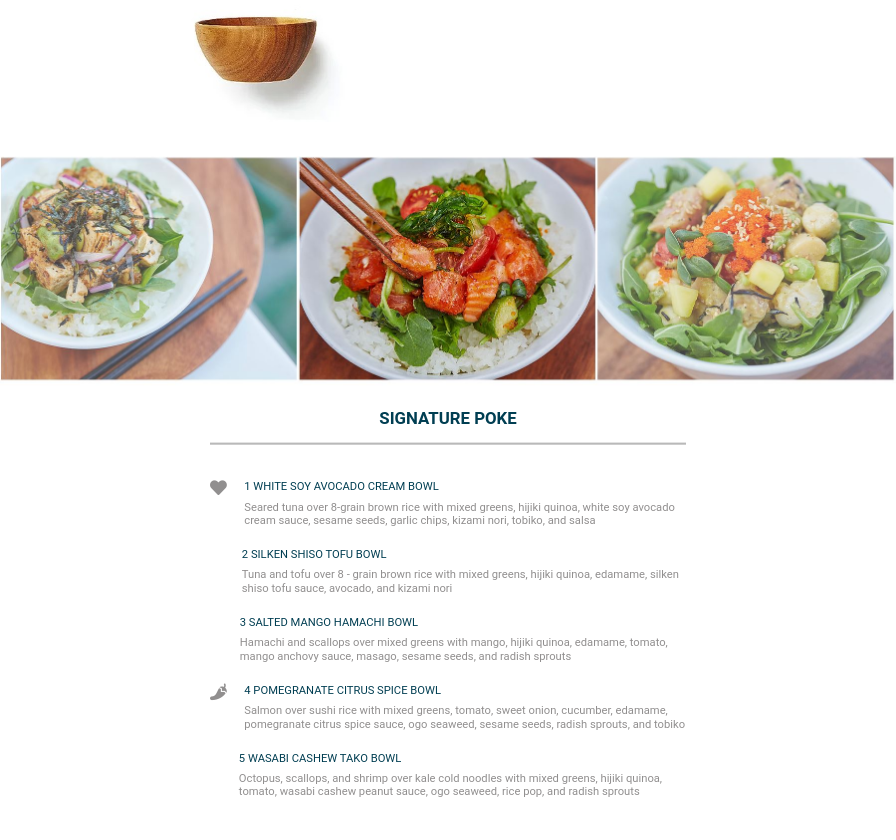
Repository: ypiard85/kome-waza
Page: index.html
These files come from the project's save history. The page is drawn as it stood at one moment and after the next save; the edit follows.
The browser window is 1280 px wide. The pictures show the part of the page from y = 1466 to 3386 px (the page is 2666 px tall before and 3386 px after), at 70% of full size.

Above is the page before, as saved 2021-02-23 12:11:51.

### index.html
<!DOCTYPE html>
<html lang="en">
  <head>
    <meta charset="UTF-8" />
    <meta http-equiv="X-UA-Compatible" content="IE=edge" />
    <meta name="viewport" content="width=device-width, initial-scale=1.0" />
    <link rel="stylesheet" href="./style.css" />
    <link
      rel="stylesheet"
      href="https://use.fontawesome.com/releases/v5.15.2/css/all.css"
      integrity="sha384-vSIIfh2YWi9wW0r9iZe7RJPrKwp6bG+s9QZMoITbCckVJqGCCRhc+ccxNcdpHuYu"
      crossorigin="anonymous"
    />
    <title>Kome Waza</title>
  </head>

  <body>
    <div class="wrapper">
      <header role="header" class="header">
        <nav role="navbar" class="nav">
          <div class="nav_logo">
            <a href="#">
              <img src="./image/logo-kome-waza.jpg" alt="" />
            </a>
          </div>
          <ul class="nav_link">
            <li><a href="">Home</a></li>
            <li><a href="">Locations</a></li>
            <li><a href="">Online Orders</a></li>
            <li><a href="">Menus</a></li>
            <li><a href="">Catering</a></li>
            <li><a href="">Delivery Options</a></li>
            <li><a href="">More...</a></li>
          </ul>
        </nav>
      </header>
      <div class="img_fond"></div>
      <section class="food_section">
        <div class="food_image">
          <img src="./image/epices.jpg" alt="" />
        </div>
        <div class="food_content">
          <div class="title">
            <h1>Kome Waza</h1>
            <p>(ko-meh wa-za)</p>
          </div>
          <div class="description">
            <p>
              Respect the fish! Kome Waza strives to provide you with a delicate
              balance between time-honored Japanese sushi traditions and
              exciting new Asian-inspired flavors in a refreshing new take on
              the East Coast poke trend.
            </p>
          </div>
        </div>
      </section>
      <section class="carousel_food">
        <img src="./image/images-slider.jpg" alt="" />
      </section>
      <section class="about">
        <h1>SIGNATURE POKE</h1>
        <div class="about_content">
            <span class="fas fa-heart"></span>
            <div class="about_content_info">
                <p class="t">1  WHITE SOY AVOCADO CREAM BOWL</p>
                <p class="description">Seared tuna over 8-grain brown rice with mixed greens, hijiki quinoa, white soy avocado cream sauce, sesame seeds, garlic chips, kizami nori, tobiko, and  salsa</p>
            </div>
        </div>
        <div class="about_content">
            <span></span>
            <div class="about_content_info">
                <p class="t">2  SILKEN SHISO TOFU BOWL</p>
                <p class="description">Tuna and tofu over 8 - grain brown rice with mixed greens, hijiki quinoa, edamame, silken shiso tofu sauce, avocado, and kizami nori
                </p>
            </div>
        </div>
        <div class="about_content">
            <span></span>
            <div class="about_content_info">
                <p class="t">3  SALTED MANGO HAMACHI BOWL</p>
                <p class="description">Hamachi and scallops over mixed greens with mango, hijiki quinoa, edamame, tomato, mango anchovy sauce, masago, sesame seeds, and radish sprouts
                </p>
            </div>
        </div>
        <div class="about_content">
            <span class="fas fa-pepper-hot"></span>
            <div class="about_content_info">
                <p class="t">4  POMEGRANATE CITRUS SPICE BOWL</p>
                <p class="description">Salmon over sushi rice with mixed greens, tomato, sweet onion, cucumber, edamame, pomegranate citrus spice sauce, ogo seaweed, sesame seeds, radish sprouts, and tobiko
                </p>
            </div>
        </div>
        <div class="about_content">
            <span></span>
            <div class="about_content_info">
                <p class="t">5  WASABI CASHEW TAKO BOWL</p>
                <p class="description">Octopus, scallops, and shrimp over kale cold noodles with mixed greens, hijiki quinoa, tomato, wasabi cashew peanut sauce, ogo seaweed, rice pop, and radish sprouts
                </p>
            </div>
        </div>
      </section>
    </div>
  </body>
</html>

### style.css
:root{
    --menu-color: #003E52;
    --menu-hover: #6cadc2;
    --footer-bg: #003e52;
    --gray-light: rgb(145, 143, 143);
}


*{
    list-style:none;
    text-decoration: none;
    margin: 0;
    padding: 0;
    transition: 0.3s;
    box-sizing: content-box;
    color: var(--menu-color);
}

body{
    font-family: Roboto, sans-serif;
}

.nav{
    display: flex;
    justify-content: space-evenly;
    align-items: center;
    padding: 20px 0;
    border-top: 1px solid gray;
}

.nav_logo a img{
width: 200px;
}

.nav_link{
    display: flex;
}

.nav_link li a{
    margin: 0 10px;
    color: var(--menu-color);
}

.nav_link a:hover{
    color: var(--menu-hover);
}

.img_fond{
    background-image: url('./image/header-image.jpg');
    background-size: cover;
    background-position: center center;
    height: 100vh;
}

.food_section{
    display: flex;
    justify-content: space-evenly;
    text-align: right;
}

.food_section .food_content{
    width: 450px;
}

.food_section .description{
    line-height: 1.5em;
}

.title{
    margin: 40px 0;
}

.title h1{
    margin-bottom: 10px;
}

.carousel_food img{
    width: 100%;
    max-width: 100%;
}

.about{
    display: flex;
    justify-content: center;
    flex-direction: column;
    margin: 0 300px;
    padding: 30px 0;
    position: relative;
}

.about  h1{
    border-bottom: 3px solid rgb(185, 185, 185);
    text-align: center;
    padding-bottom: 20px;
    margin-bottom: 50px;
}

.about .about_content{
    display: flex;
    flex-direction: space-between;
}

.about_content span{
width: 30px;
margin-right: 25px;
font-size: 24px;
color: var(--gray-light);
}

.about_content{
    margin-bottom: 30px;
}

.about_content .t{
    margin-bottom: 10px;
    font-weight: normal;
}

.about_content .description{
    color: var(--gray-light);
}

.img_fond_02{
    background-image: url('./image/sushis.jpg') ;
    background-size: cover;
    background-position: center center;
    height: 100vh;
}

After the next save:
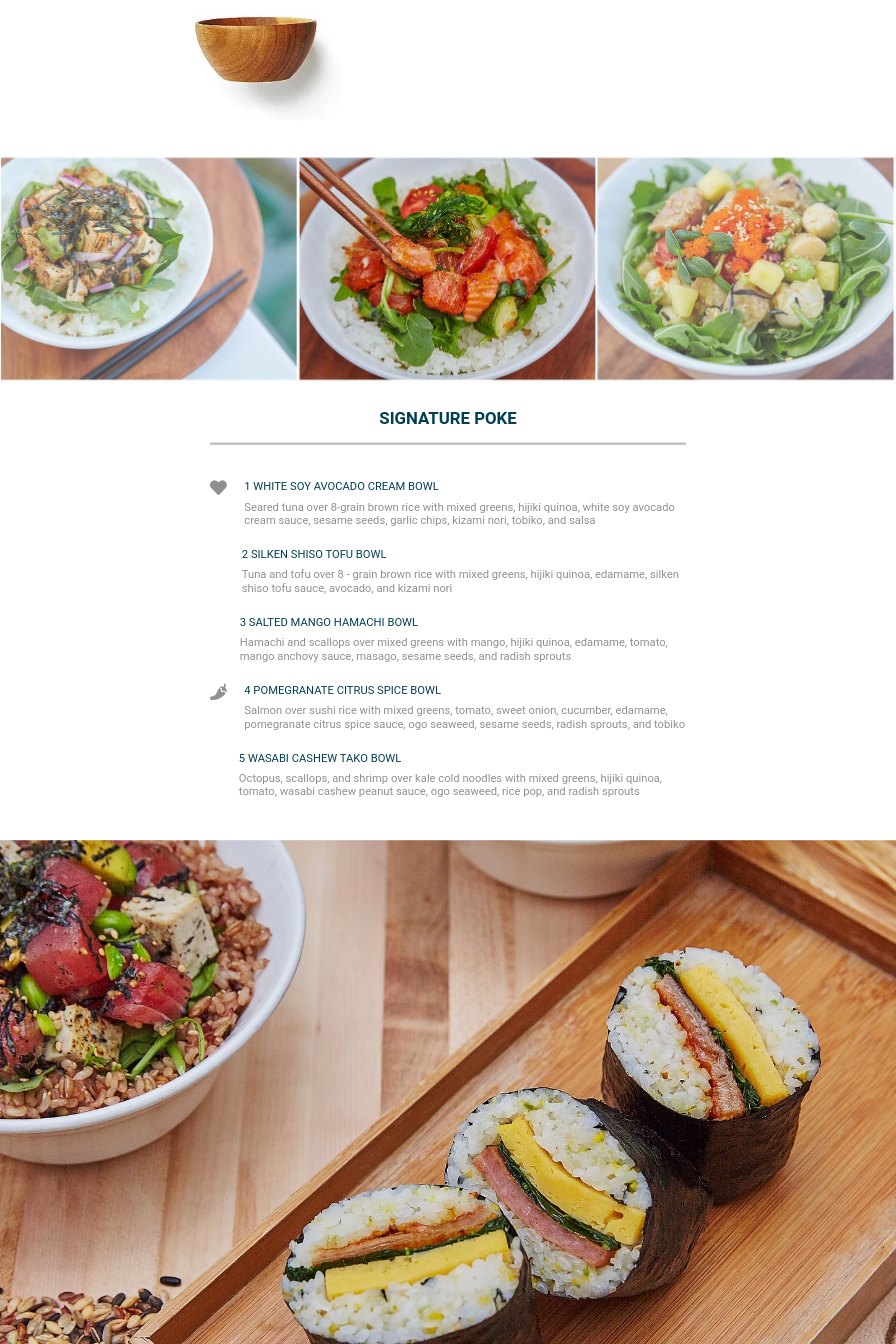
Saved 7 s later.
--- a/index.html
+++ b/index.html
@@ -99,6 +99,9 @@
             </div>
         </div>
       </section>
+      <div class="img_fond_02"></div>
+
+      </section>
     </div>
   </body>
 </html>
